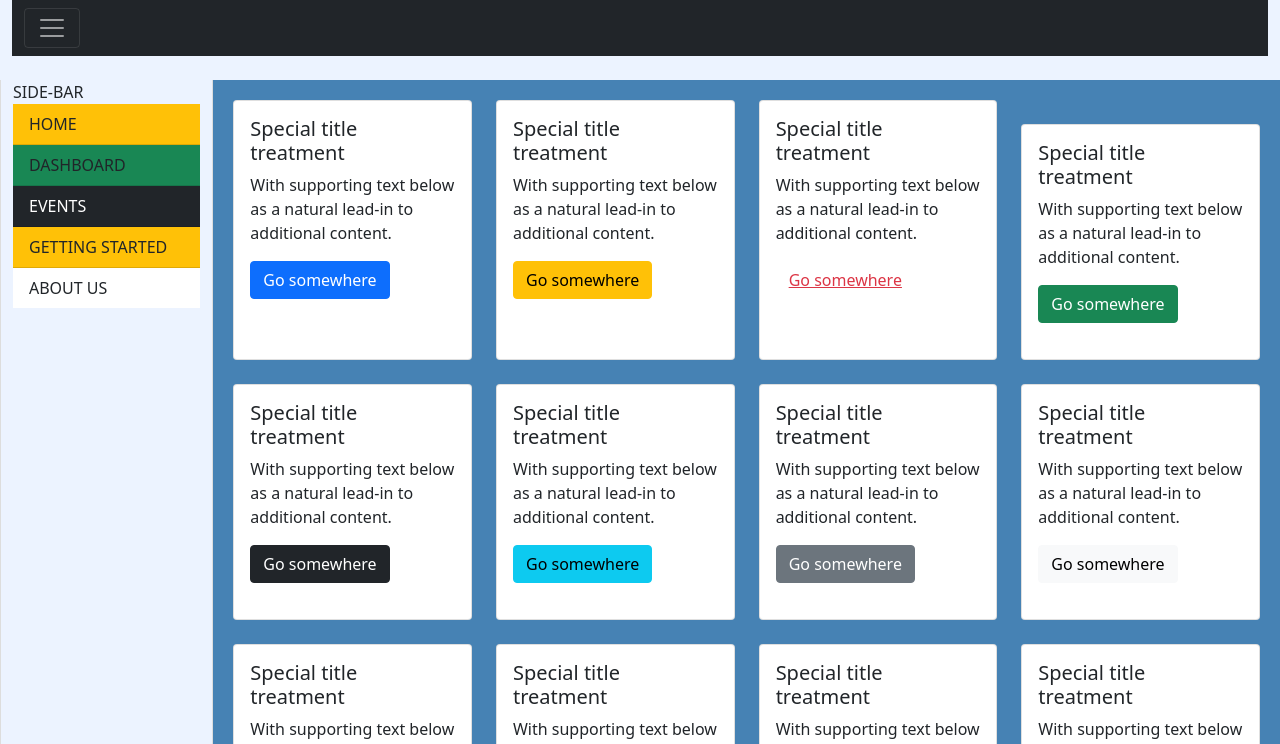
Repository: Dayvid0/BOOTSTRAP-TUTORIALS
Page: cosmos.example.html
The author's editor kept a copy of each file at every save. The page is drawn from the files as they stood at one save, then again after the next save.
The browser window is 1280 px wide. The pictures show the whole page.
An inner scrolling area shows only its first screen.

Above is the page before, as saved 2025-01-29 12:48:10.

### cosmos.example.html
<!doctype html>
<html lang="en">
  <head>
    <!-- Required meta tags -->
    <meta charset="utf-8">
    <meta name="viewport" content="width=device-width, initial-scale=1">
    <!-- Bootstrap CSS -->
    <link href="https://cdn.jsdelivr.net/npm/bootstrap@5.0.2/dist/css/bootstrap.min.css" rel="stylesheet" integrity="sha384-EVSTQN3/azprG1Anm3QDgpJLIm9Nao0Yz1ztcQTwFspd3yD65VohhpuuCOmLASjC" crossorigin="anonymous">
    <title>Cosmos-example</title>
    <style>
      body {
        background-color: #ecf3ff;
        height: 100vh;
        overflow: hidden;
      }
      .main-content {
        background-color: #4682b4;
        padding: 20px;
        min-height: 600px;
        height: calc(100vh - 56px); /* Subtract navbar height */
        overflow-y: auto;
        overflow-x: hidden;
      }
      .sidebar {
        min-height: 600px;
        border-right: 1px solid #ddd;
        border-left: 1px solid #ddd;
      }
      .card {
        margin-bottom: 20px;
        height: 100%;
      }
    </style>
  </head>
  <body>
    <div class="container-fluid">
      <!--navbar-->
      <div class="collapse" id="navbarToggleExternalContent">
        <div class="bg-dark p-4">
          <h5 class="text-white h4">Collapsed content</h5>
          <span class="text-muted">Toggleable via the navbar brand.</span>
        </div>
      </div>
      <nav class="navbar navbar-dark bg-dark">
        <div class="container-fluid">
          <button class="navbar-toggler" type="button" data-bs-toggle="collapse" data-bs-target="#navbarToggleExternalContent" aria-controls="navbarToggleExternalContent" aria-expanded="false" aria-label="Toggle navigation">
            <span class="navbar-toggler-icon"></span>
          </button>
        </div>
      </nav>
    </div>
    <div class="container-fluid">
      <div class="row pt-4">
        <!-- Sidebar -->
        <div class="sidebar col-md-2">
          SIDE-BAR
          <ul class="list-group list-group-flush">
            <li class="list-group-item bg-warning">HOME</li>
            <li class="list-group-item bg-success">DASHBOARD</li>
            <li class="list-group-item bg-dark text-white">EVENTS</li>
            <li class="list-group-item bg-warning">GETTING STARTED</li>
            <li class="list-group-item bg-orange">ABOUT US</li>
          </ul>
        </div>
        <!-- Main Content -->
        <div class="main-content col-md-10 ">
          <div class="row">
            <!-- Card 1 -->
            <div class="col-md-4 col-lg-3 col-sm-6">
              <div class="card">
                <div class="card-body">
                  <h5 class="card-title">Special title treatment</h5>
                  <p class="card-text">With supporting text below as a natural lead-in to additional content.</p>
                  <a href="#" class="btn btn-primary">Go somewhere</a>
                </div>
              </div>
            </div>
            <!-- Card 2 -->
            <div class="col-md-4 col-lg-3 col-sm-6">
              <div class="card">
                <div class="card-body">
                  <h5 class="card-title">Special title treatment</h5>
                  <p class="card-text">With supporting text below as a natural lead-in to additional content.</p>
                  <a href="#" class="btn btn-warning">Go somewhere</a>
                </div>
              </div>
            </div>
            <!-- You can add more cards here following the same structure -->
             <!--CARD 3-->
             <div class="col-md-4 col-lg-3 col-sm-6">
              <div class="card">
                <div class="card-body">
                  <h5 class="card-title">Special title treatment</h5>
                  <p class="card-text">With supporting text below as a natural lead-in to additional content.</p>
                  <a href="#" class="btn btn-link text-danger">Go somewhere</a>
                </div>
              </div>
            </div>
             <!--CARD 4-->
             <div class="col-md-4 col-lg-3 col-sm-6 pt-4">
              <div class="card">
                <div class="card-body">
                  <h5 class="card-title">Special title treatment</h5>
                  <p class="card-text">With supporting text below as a natural lead-in to additional content.</p>
                  <a href="#" class="btn btn-success">Go somewhere</a>
                </div>
              </div>
            </div>
             <!--CARD 5-->
             <div class="col-md-4 col-lg-3 col-sm-6 pt-4">
              <div class="card">
                <div class="card-body">
                  <h5 class="card-title">Special title treatment</h5>
                  <p class="card-text">With supporting text below as a natural lead-in to additional content.</p>
                  <a href="#" class="btn btn-dark">Go somewhere</a>
                </div>
              </div>
            </div>
             <!--CARD 6-->
             <div class="col-md-4 col-lg-3 col-sm-6   pt-4">
              <div class="card">
                <div class="card-body">
                  <h5 class="card-title">Special title treatment</h5>
                  <p class="card-text">With supporting text below as a natural lead-in to additional content.</p>
                  <a href="#" class="btn btn-info">Go somewhere</a>
                </div>
              </div>
            </div>
             <!--CARD 4-->
             <div class="col-md-4 col-lg-3 col-sm-6 pt-4">
              <div class="card">
                <div class="card-body">
                  <h5 class="card-title">Special title treatment</h5>
                  <p class="card-text">With supporting text below as a natural lead-in to additional content.</p>
                  <a href="#" class="btn btn-secondary">Go somewhere</a>
                </div>
              </div>
            </div>
             <!--CARD 5-->
             <div class="col-md-4 col-lg-3 col-sm-6 pt-4">
              <div class="card">
                <div class="card-body">
                  <h5 class="card-title">Special title treatment</h5>
                  <p class="card-text">With supporting text below as a natural lead-in to additional content.</p>
                  <a href="#" class="btn btn-light">Go somewhere</a>
                </div>
              </div>
            </div>
             <!--CARD 6-->
             <div class="col-md-4 col-lg-3 col-sm-6   pt-4">
              <div class="card">
                <div class="card-body">
                  <h5 class="card-title">Special title treatment</h5>
                  <p class="card-text">With supporting text below as a natural lead-in to additional content.</p>
                  <a href="#" class="btn btn-primary">Go somewhere</a>
                </div>
              </div>
            </div>
             <!--CARD 4-->
             <div class="col-md-4 col-lg-3 col-sm-6 pt-4">
              <div class="card">
                <div class="card-body">
                  <h5 class="card-title">Special title treatment</h5>
                  <p class="card-text">With supporting text below as a natural lead-in to additional content.</p>
                  <a href="#" class="btn btn-$yellow">Go somewhere</a>
                </div>
              </div>
            </div>
             <!--CARD 5-->
             <div class="col-md-4 col-lg-3 col-sm-6 pt-4">
              <div class="card">
                <div class="card-body">
                  <h5 class="card-title">Special title treatment</h5>
                  <p class="card-text">With supporting text below as a natural lead-in to additional content.</p>
                  <a href="#" class="btn btn-primary">Go somewhere</a>
                </div>
              </div>
            </div>
             <!--CARD 6-->
             <div class="col-md-4 col-lg-3 col-sm-6   pt-4">
              <div class="card">
                <div class="card-body">
                  <h5 class="card-title">Special title treatment</h5>
                  <p class="card-text">With supporting text below as a natural lead-in to additional content.</p>
                  <a href="#" class="btn btn-$orange-500">Go somewhere</a>
                </div>
              </div>
            </div>
             <!--CARD 4-->
             <div class="col-md-4 col-lg-3 col-sm-6 pt-4">
              <div class="card">
                <div class="card-body">
                  <h5 class="card-title">Special title treatment</h5>
                  <p class="card-text">With supporting text below as a natural lead-in to additional content.</p>
                  <a href="#" class="btn btn-$green-400">Go somewhere</a>
                </div>
              </div>
            </div>
             <!--CARD 5-->
             <div class="col-md-4 col-lg-3 col-sm-6 pt-4">
              <div class="card">
                <div class="card-body">
                  <h5 class="card-title">Special title treatment</h5>
                  <p class="card-text">With supporting text below as a natural lead-in to additional content.</p>
                  <a href="#" class="btn btn-">Go somewhere</a>
                </div>
              </div>
            </div>
             <!--CARD 6-->
             <div class="col-md-4 col-lg-3 col-sm-6   pt-4">
              <div class="card">
                <div class="card-body">
                  <h5 class="card-title">Special title treatment</h5>
                  <p class="card-text">With supporting text below as a natural lead-in to additional content.</p>
                  <a href="#" class="btn btn-$pink-800">Go somewhere</a>
                </div>
              </div>
            </div>
             <!--CARD 4-->
             <div class="col-md-4 col-lg-3 col-sm-6 pt-4">
              <div class="card">
                <div class="card-body">
                  <h5 class="card-title">Special title treatment</h5>
                  <p class="card-text">With supporting text below as a natural lead-in to additional content.</p>
                  <a href="#" class="btn btn-$red-500">Go somewhere</a>
                </div>
              </div>
            </div>
             <!--CARD 5-->
             <div class="col-md-4 col-lg-3 col-sm-6 pt-4">
              <div class="card">
                <div class="card-body">
                  <h5 class="card-title">Special title treatment</h5>
                  <p class="card-text">With supporting text below as a natural lead-in to additional content.</p>
                  <a href="#" class="btn btn-$yellow-500">Go somewhere</a>
                </div>
              </div>
            </div>
             <!--CARD 6-->
             <div class="col-md-4 col-lg-3 col-sm-6   pt-4">
              <div class="card">
                <div class="card-body">
                  <h5 class="card-title">Special title treatment</h5>
                  <p class="card-text">With supporting text below as a natural lead-in to additional content.</p>
                  <a href="#" class="btn btn-$cyan-700">Go somewhere</a>
                </div>
              </div>
            </div>
             <!--CARD 4-->
             <div class="col-md-4 col-lg-3 col-sm-6 pt-4">
              <div class="card">
                <div class="card-body">
                  <h5 class="card-title">Special title treatment</h5>
                  <p class="card-text">With supporting text below as a natural lead-in to additional content.</p>
                  <a href="#" class="btn btn-$gray-500">Go somewhere</a>
                </div>
              </div>
            </div>
             <!--CARD 5-->
             <div class="col-md-4 col-lg-3 col-sm-6 pt-4">
              <div class="card">
                <div class="card-body">
                  <h5 class="card-title">Special title treatment</h5>
                  <p class="card-text">With supporting text below as a natural lead-in to additional content.</p>
                  <a href="#" class="btn btn-$green-900">Go somewhere</a>
                </div>
              </div>
            </div>
             <!--CARD 6-->
             <div class="col-md-4 col-lg-3 col-sm-6   pt-4 pb-4">
              <div class="card">
                <div class="card-body">
                  <h5 class="card-title">Special title treatment</h5>
                  <p class="card-text">With supporting text below as a natural lead-in to additional content.</p>
                  <a href="#" class="btn btn-$indigo-200">Go somewhere</a>
                </div>
              </div>
            </div>
             <!--CARD 4-->
             <div class="col-md-4 col-lg-3 col-sm-6 pt-4 pb-4">
              <div class="card">
                <div class="card-body">
                  <h5 class="card-title">Special title treatment</h5>
                  <p class="card-text">With supporting text below as a natural lead-in to additional content.</p>
                  <a href="#" class="btn btn-$pink">Go somewhere</a>
                </div>
              </div>
            </div>
             <!--CARD 5-->
             <div class="col-md-4 col-lg-3 col-sm-6 pt-4 pb-4">
              <div class="card">
                <div class="card-body">
                  <h5 class="card-title">Special title treatment</h5>
                  <p class="card-text">With supporting text below as a natural lead-in to additional content.</p>
                  <a href="#" class="btn btn-$indigo-600">Go somewhere</a>
                </div>
              </div>
            </div>
             <!--CARD 6-->
             <div class="col-md-4 col-lg-3 col-sm-6   pt-4 pb-4">
              <div class="card">
                <div class="card-body">
                  <h5 class="card-title">Special title treatment</h5>
                  <p class="card-text">With supporting text below as a natural lead-in to additional content.</p>
                  <a href="#" class="btn btn-$$red">Go somewhere</a>
                </div>
              </div>
            </div>
            <!--END OF CARDS-->
          </div>
        </div>
      </div>
    </div>
    <script src="https://cdn.jsdelivr.net/npm/bootstrap@5.0.2/dist/js/bootstrap.bundle.min.js" integrity="sha384-MrcW6ZMFYlzcLA8Nl+NtUVF0sA7MsXsP1UyJoMp4YLEuNSfAP+JcXn/tWtIaxVXM" crossorigin="anonymous"></script>
  </body>
</html>

After the next save:
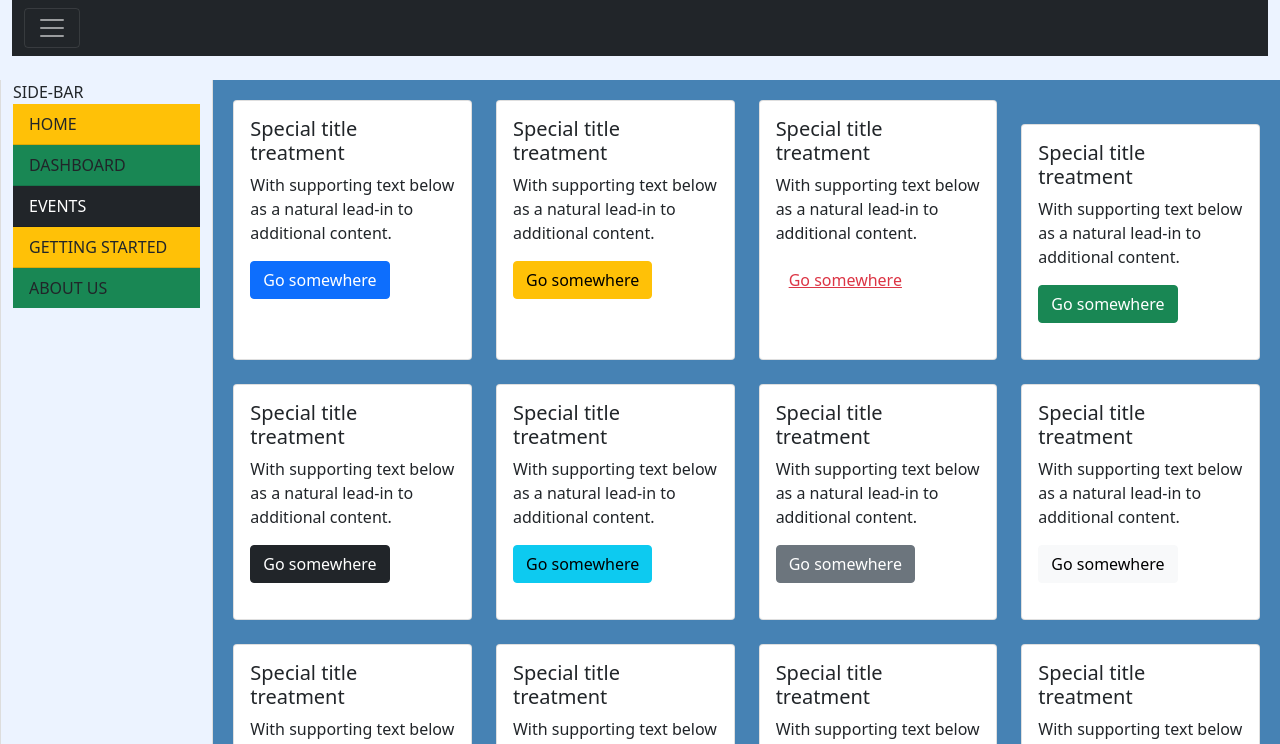
Saved 19 s later.
--- a/cosmos.example.html
+++ b/cosmos.example.html
@@ -59,7 +59,7 @@
             <li class="list-group-item bg-success">DASHBOARD</li>
             <li class="list-group-item bg-dark text-white">EVENTS</li>
             <li class="list-group-item bg-warning">GETTING STARTED</li>
-            <li class="list-group-item bg-orange">ABOUT US</li>
+            <li class="list-group-item bg-success">ABOUT US</li>
           </ul>
         </div>
         <!-- Main Content -->
